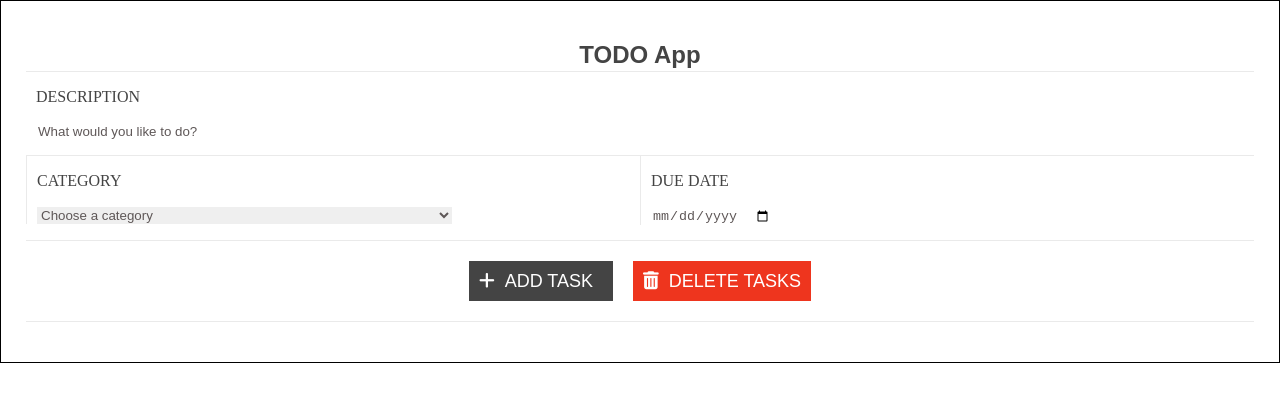
Repository: king-slayer97/TODO-App
Page: http://localhost/
The author's editor kept a copy of each file at every save. The page is drawn from the files as they stood at one save, then again after the next save.
The browser window is 1280 px wide. The pictures show the whole page.
Some web libraries are served in a nearby version. The page is served by the project's Node server (index.js). Other server files are loaded and not shown. Queries for data that is not in the repository find no rows.

Above is the page before, as saved 2022-08-17 22:41:04.

### views/home.ejs
<!DOCTYPE html>
<html lang="en">

<head>
    <meta charset="UTF-8">
    <meta http-equiv="X-UA-Compatible" content="IE=edge">
    <meta name="viewport" content="width=device-width, initial-scale=1.0">
    <title>TODO App</title>
    <link rel="stylesheet" href="https://cdnjs.cloudflare.com/ajax/libs/font-awesome/6.1.1/css/all.min.css"
        integrity="sha512-KfkfwYDsLkIlwQp6LFnl8zNdLGxu9YAA1QvwINks4PhcElQSvqcyVLLD9aMhXd13uQjoXtEKNosOWaZqXgel0g=="
        crossorigin="anonymous" referrerpolicy="no-referrer" />
    <link rel="stylesheet" href="/css/home.css">
</head>

<body>
    <div class="wrapper">
        <div class="heading">
            <h2>TODO App</h2>
        </div>
        <form action="" method="post">
            <div class="description">
                <p>Description</p>
                <input type="text" name="description" placeholder="What would you like to do?">
            </div>
            <div class="section2">
                <div class="category">
                    <p>Category</p>
                    <select name="category">
                        <option selected disabled><i class="fa-solid fa-caret-down"></i>Choose a category </option>
                        <option value="Personal">Personal</option>
                        <option value="Work">Work</option>
                        <option value="School">School</option>
                        <option value="Cleaning">Cleaning</option>
                        <option value="Other">Other</option>
                    </select>
                </div>
                <div class="date">
                    <p>Due Date</p>
                    <input type="date" name="due_date">
                </div>
            </div>
            <div class="buttons">
                <button type="submit" id="add-button" formaction="/create-task"><i class="fa-solid fa-plus"></i>Add
                    Task</button>
                <button id="delete-button" formaction="/delete-task"><i class="fa-solid fa-trash-can"></i>Delete
                    Tasks</button>
            </div>
            <!-- </form>
        <form action="/delete-task" method="POST"> -->
            <div class="tasks">
                <% for(let task of tasks){ %>
                    <div class="task-wrapper">
                        <div class="input-wrapper">
                            <input type="checkbox" name="taskItem" value=<%=task._id %>>
                            <div class="task">
                                <div class="task-desc-wrapper">
                                    <div class="task-desc">
                                        <label class="strike-<%=task._id %>">
                                            <%=task.description %>
                                        </label>
                                    </div>
                                    <span class="task-dueDate strike-<%=task._id %>">
                                        <i class="fa-solid fa-calendar-days"></i>
                                        <span class="task-date">
                                            <%=task.due_date %>
                                        </span>
                                    </span>
                                </div>
                            </div>
                        </div>
                            <div class="task-category">
                                <%=task.category %>
                            </div>
                    </div>
                        <% } %>
        </form>
    </div>
    <script src="/js/home.js"></script>
</body>

</html>

### index.js
const express = require('express');
const PORT = 3000;
const app = express();
const db = require('./config/mongoose');

//setup view engine
app.set('view engine', 'ejs');
app.set('views','./views');
app.use(express.static('assets'));
app.use(express.urlencoded());

//importing routes
const router = require('./routes');
app.use('/',router);

//Listening on port 3000
app.listen(PORT, function(err){
    if(err) {
        console.log(`Error: ${err}`);
    }
    else{
        console.log(`Listening on port ${PORT}`);
    }
});

### controllers/home_controller.js
const Task = require('../models/userTask');

module.exports.homePage = function(req, res){
    Task.find({}, function(err, taskList){
        if(err){
            console.log(`Couldnt perform read operation. Please try again!`);
        }
        else{
            // console.log(taskList);
            res.render('home',{title: "TODO App",tasks:taskList});
        }
    });
};

### assets/css/home.css
body {
  margin: 0;
}

.wrapper {
  border: 1px solid black;
  padding: 20px 25px;
  /* height: 90vh; */
}

.heading {
  text-align: center;
  border-bottom: 1px solid #eaeaea;
  height: 30px;
  /* display: flex;
    align-items: center;
    justify-content: center; */
}

.heading h2 {
  color: #444444;
  font-family: Arial, Helvetica, sans-serif;
  /* font-style: inherit; */
}

.description {
  border-bottom: 1px solid #eaeaea;
  /* display: flex;
    flex-direction:column;
    justify-content: flex-start; */
  /* background-color: yellow; */
  padding: 0px 10px;
  padding-bottom: 15px;
}

.description p,
.category p,
.date p {
  color: #444444;
  text-transform: uppercase;
  /* background-color: pink; */
}

.description input[type="text"] {
  border-style: none;
  width: 100%;
  /* text-align: left; */
}

.section2 {
  display: flex;
  align-items: center;
  justify-content: flex-start;
  border-bottom: 1px solid #eaeaea;
  padding-bottom: 15px;
}

.category select {
  width: 70%;
  /* -webkit-appearance: none;
  -moz-appearance: none;
  appearance: none; Remove default arrow */
  /* background-image: url(...);   Add custom arrow */
  /* background-color: transparent; */
}

select option {
  cursor: pointer;
  /* color: #333; */
}

/* select option:hover{
  background-color:pink;
} */

.category,
.date {
  /* height: 100%; */
  padding: 0px 10px;
  flex: 0.5;
}

/* .date input[type="date"] {
  /* height: 100%; */
/* } */

.category select,
.description input[type="text"],
input::placeholder,
.date input[type="date"] {
  font-size: 0.9 rem;
  border: none;
  outline: 0px;
  color: rgb(94, 87, 87);
  /* -webkit-appearance: button; */
  /* -webkit-box-shadow: 0px 1px 3px rgba(0, 0, 0, 0.1); */
}

.section2 .date,
.section2 .category {
  border-left: 1px solid #eaeaea;
}

.buttons {
  padding: 10px 15px;
  display: flex;
  align-items: center;
  justify-content: center;
  border-bottom: 1px solid #eaeaea;
}

.buttons button {
  margin: 10px;
  height: 40px;
  /* width: 150px; */
  text-transform: uppercase;
  color: white;
  border: none;
  padding: 5px 10px;
  cursor: pointer;
  font-size: large;
}

#add-button {
  background-color: #444444;
  padding-right: 20px;
}

#delete-button {
  background-color: #ee351e;
}

#delete-button i,
#add-button i {
  margin-right: 10px;
}

.tasks {
  margin-top: 20px;
}

.tasks .task {
  border-bottom: 1px solid #eaeaea;
  padding: 10px 0px;
  display: flex;
  align-items: center;
  justify-content: space-between;
}

.tasks .task-desc {
  display: flex;
  align-items: center;
}

.task-wrapper{
  display: flex;
  align-items: center;
  justify-content: space-between;

}

.input-wrapper{
  display: flex;
}

.tasks .task-dueDate {
  font-size: 12px;
  /* margin: 20px; */
  margin-left: 30px;
  color: grey;
}

.task-date{
  margin-left: 5px;
  text-transform: uppercase;
}

.tasks .task-category {
  /* border: 1px solid black; */
  padding: 10px 5px;
  text-transform: uppercase;
  width: 90px;
  text-align: center;
  color: white;
}

### assets/js/home.js
console.log(`This is home.js`);

let categoryContainer = document.querySelectorAll(".task-category");
console.log(categoryContainer);

//changing the date format
let dueDates = document.querySelectorAll(".task-date");
console.log(dueDates);
for (let i = 0; i < dueDates.length; i++) {
  var mydate = new Date(dueDates[i].innerText);
  console.log(mydate);
  var month = [
    "Jan",
    "Feb",
    "Mar",
    "Apr",
    "May",
    "June",
    "July",
    "Aug",
    "Sep",
    "Oct",
    "Nov",
    "Dec",
  ][mydate.getMonth()];
  let str;
  if (month === undefined) {
    str = "No Deadline";
  } else {
    str = month + " " + mydate.getDate() + ", " + mydate.getFullYear();
}
    dueDates[i].innerText = str;
}

//Maintaining the color of the Category
for (let category of categoryContainer) {
  if (category.innerText == "SCHOOL") {
    category.style.backgroundColor = "#f2a700";
  } else if (category.innerText == "WORK") {
    category.style.backgroundColor = "#9c00af";
  } else if (category.innerText == "PERSONAL") {
    category.style.backgroundColor = "#3f51b5";
  } else {
    category.style.display = "none";
  }
}

var checkedBoxes = document.querySelectorAll('input[name="taskItem"]');
console.log(checkedBoxes);

//Adding event listeners for striking off the checked task
for (let i = 0; i < checkedBoxes.length; i++) {
  let id = checkedBoxes[i].defaultValue;
  let elements = document.querySelectorAll(`.strike-${id}`);
  elements.forEach(function (element) {
    element.style.marginLeft = "10px";
  });
  checkedBoxes[i].addEventListener("click", function () {
    if (checkedBoxes[i].checked) {
      elements.forEach(function (element) {
        element.style.textDecoration = "line-through";
      });
    } else {
      elements.forEach(function (element) {
        element.style.textDecoration = "none";
      });
    }
    // document.querySelector(`#${checkedBoxes[i].defaultValue}`).
    // if(document.querySelectorAll('input[name="taskItem"]:checked')){
    //     let elements = document.querySelectorAll('.strike');
    //     console.log(elements);
    // }
    console.log(`Inside Event Listener`);
  });
}

After the next save:
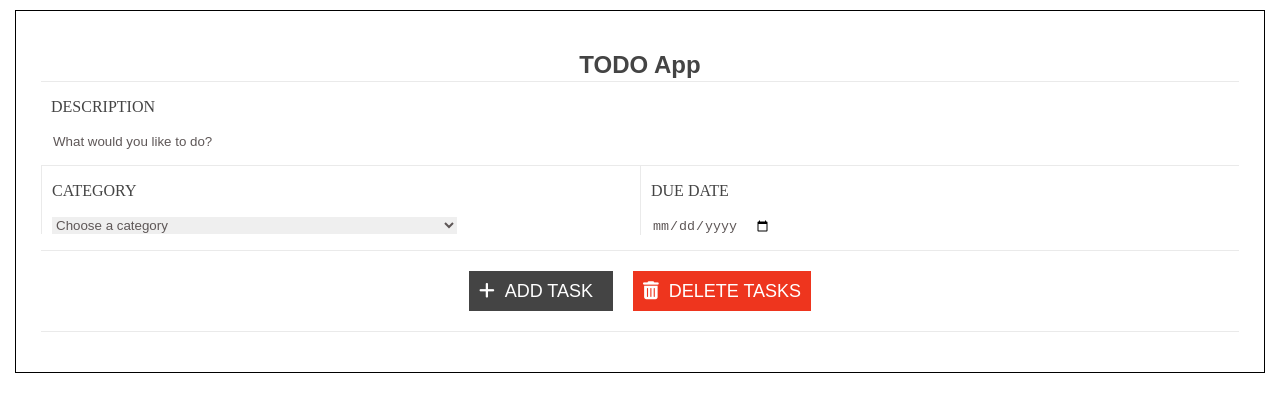
Saved 3 min 5 s later.
--- a/assets/css/home.css
+++ b/assets/css/home.css
@@ -5,6 +5,7 @@ body {
 .wrapper {
   border: 1px solid black;
   padding: 20px 25px;
+  margin: 10px 15px;
   /* height: 90vh; */
 }
 
